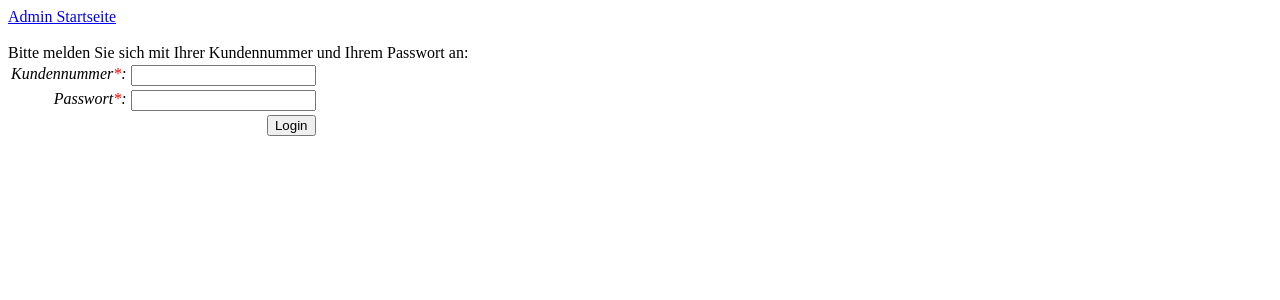
Repository: exic/VIS-Labor
Page: http://localhost/vislabor/pages/DeleteCategory.jsp
These files come from the project's save history. The page is drawn as it stood at one moment and after the next save; the edit follows.
The browser window is 1280 px wide. The pictures show the whole page.
The page is served by Tomcat 9.

Above is the page before, as saved 2011-05-15 09:11:13.

After the next save:
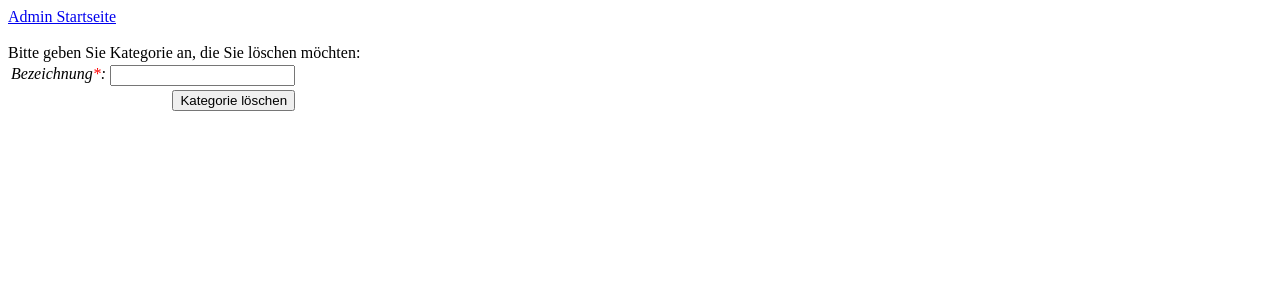
Saved 5 min 32 s later.
--- a/workspace/vislabor/WebContent/pages/DeleteCategory.jsp
+++ b/workspace/vislabor/WebContent/pages/DeleteCategory.jsp
@@ -12,13 +12,12 @@
 	<a href="<s:url action="forward_to_admin_start"/>">Admin Startseite</a>
 	<br /><br />
 
-	<s:text name="Bitte melden Sie sich mit Ihrer Kundennummer und Ihrem Passwort an:" />
+	<s:text name="Bitte geben Sie Kategorie an, die Sie löschen möchten:" />
 
-	<s:form action="user_login">
-		<s:textfield name="id" label="Kundennummer" size="20" required="true"/>
-		<s:password name="password" label="Passwort" size="20" required="true"/>
+	<s:form action="delete_category">
+		<s:textfield name="label" label="Bezeichnung" size="20" required="true"/>
 
-		<s:submit value="Login"/>
+		<s:submit value="Kategorie löschen"/>
 	</s:form>
 
 	 <font color="red">
